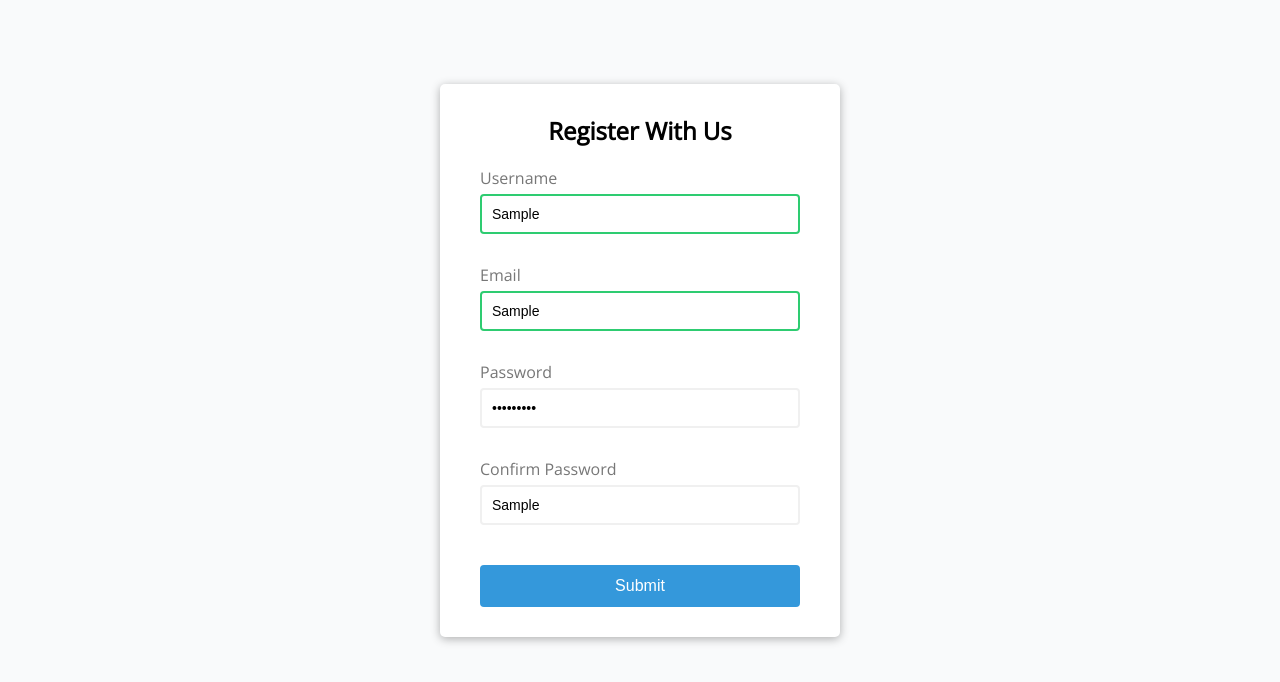
Repository: Youvelop/formValidator
Page: index.html
These files come from the project's save history. The page is drawn as it stood at one moment and after the next save; the edit follows.
The browser window is 1280 px wide. The pictures show the whole page.
Empty fields were first filled with sample values (such as "Sample", 5 or name@example.com).
After loading, the first visible `#form` was submitted once.

Above is the page before, as saved 2020-06-25 19:17:34.

After the next save:
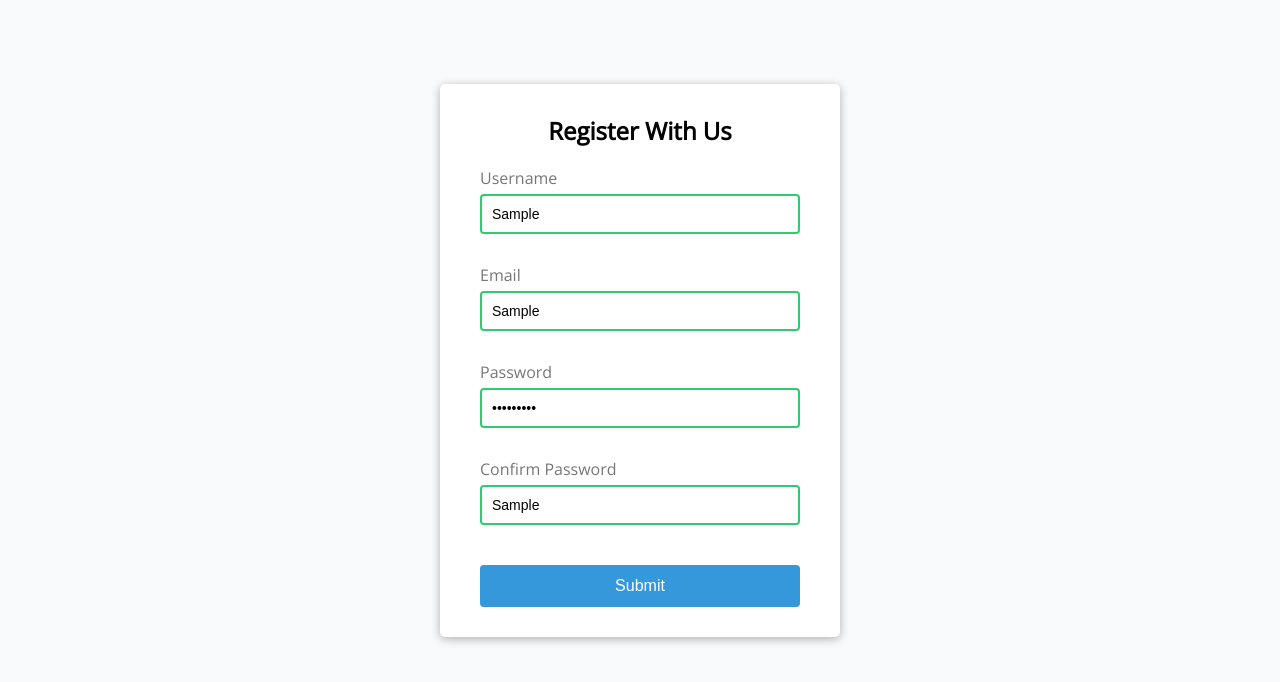
Saved 3 min 34 s later.
--- a/app.js
+++ b/app.js
@@ -20,6 +20,12 @@ function showSuccess(input) {
   formControl.className = 'form-control success';
 }
 
+// Check email is valid
+function isValidEmail(email) {
+  const re = /^(([^<>()\[\]\\.,;:\s@"]+(\.[^<>()\[\]\\.,;:\s@"]+)*)|(".+"))@((\[[0-9]{1,3}\.[0-9]{1,3}\.[0-9]{1,3}\.[0-9]{1,3}\])|(([a-zA-Z\-0-9]+\.)+[a-zA-Z]{2,}))$/;
+  return re.test(String(email).toLowerCase());
+}
+
 // Event Listeners
 form.addEventListener('submit', function (e) {
   e.preventDefault();
@@ -35,4 +41,16 @@ form.addEventListener('submit', function (e) {
   } else {
     showSuccess(email);
   }
+
+  if (password.value === '') {
+    showError(password, 'Username is required');
+  } else {
+    showSuccess(password);
+  }
+
+  if (password2.value === '') {
+    showError(password2, 'Username is required');
+  } else {
+    showSuccess(password2);
+  }
 });
